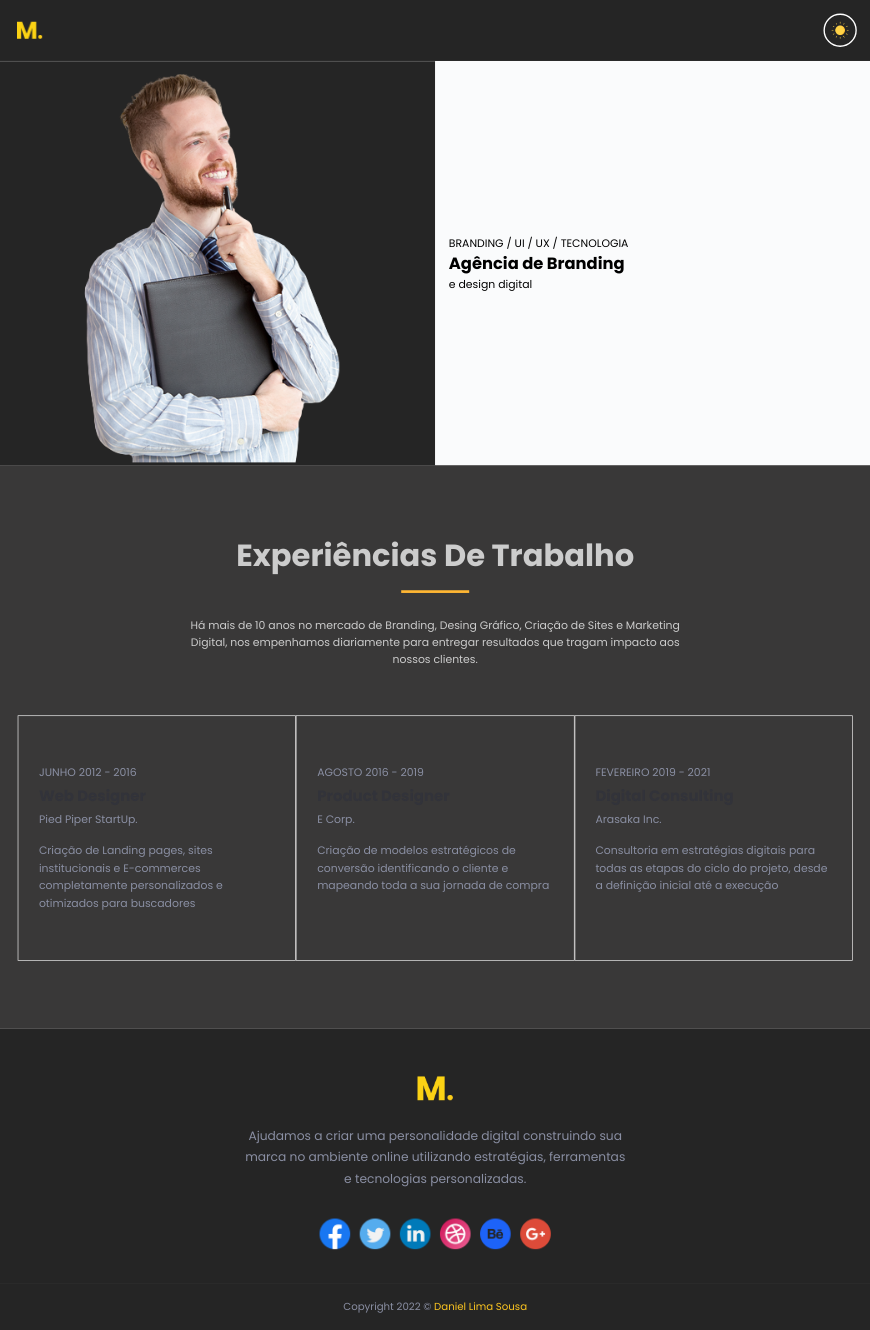
Repository: Daniells642/agencia-digital
Page: /, after clicking the first element matching `button.botao-modo-claro`
An editor plug-in stored every save of this project. The page is shown before and after the next save, followed by the edit.
The browser window is 1280 px wide. The pictures show the whole page, at 68% of full size.
The project was rebuilt for these pictures with package versions that can differ from the ones it lists, and the page was loaded fresh each time.

Above is the page before, as saved 2022-11-29 00:04:40.

### public/index.html
<!DOCTYPE html>
<html lang="pt-br">
  <head>
    <meta charset="utf-8" />
    <link rel="icon" href="assets/logo.png" />
    <meta name="viewport" content="width=device-width, initial-scale=1" />
    <meta name="theme-color" content="#000000" />
    <meta name="description"content="Web site created using create-react-app"/>
    <link rel="apple-touch-icon" href="%PUBLIC_URL%/logo192.png" />
    <link rel="manifest" href="%PUBLIC_URL%/manifest.json" />
    <link rel="preconnect" href="https://fonts.googleapis.com">
    <link rel="preconnect" href="https://fonts.gstatic.com" crossorigin>
    <link href="https://fonts.googleapis.com/css2?family=Poppins:wght@400;500;600;700;800;900&display=swap" rel="stylesheet">
    <title>Agência Digital</title>

  </head>
  <body>
    <noscript>You need to enable JavaScript to run this app.</noscript>
    <div id="root"></div>
    <!--
      This HTML file is a template.
      If you open it directly in the browser, you will see an empty page.

      You can add webfonts, meta tags, or analytics to this file.
      The build step will place the bundled scripts into the <body> tag.

      To begin the development, run `npm start` or `yarn start`.
      To create a production bundle, use `npm run build` or `yarn build`.
    -->
  </body>
</html>

### src/App.js
import Rodape from "./componentes/Rodape";
import SecaoExperienciaTrabalho from "./componentes/SecaoExperienciaTrabalho";
import Topo from "./componentes/Topo";
import SecaoBanner from "./componentes/SecaoBanner";
import "./App.css";
import React, { useState } from 'react';



function App() {

  const [ehTemaEscuro, setTemaEscuro] = useState(false)

  const alterarTema = () => {
    setTemaEscuro(!ehTemaEscuro)
  }

  return (
    <main>
      <Topo alterarTema={alterarTema} ehTemaEscuro={ehTemaEscuro} />
      <SecaoBanner alterarTema={alterarTema} ehTemaEscuro={ehTemaEscuro} />
      <SecaoExperienciaTrabalho alterarTema={alterarTema} ehTemaEscuro={ehTemaEscuro} />
      <Rodape alterarTema={alterarTema} ehTemaEscuro={ehTemaEscuro} />
    </main>
  );
}

export default App;

### src/componentes/Rodape/index.jsx
import './style.css';
import Logo from '../../assets/logo.png';
import iconeFacebook from '../../assets/facebook.png';
import iconeTwitter from '../../assets/twitter.png';
import iconeLinkedin from '../../assets/linkedin.png';
import iconeDribble from '../../assets/dribble.png';
import iconeBehance from '../../assets/behance.png';
import iconeGooglePlus from '../../assets/google-plus.png';

export default function Rodape(props) {
  return(
    <footer className={props.ehTemaEscuro ? 'rodape-modo-escuro' : 'rodape-modo-claro'}>
      <img src={Logo} alt="logomarca"/>
      <p className="paragrafo">
        Ajudamos a criar uma personalidade digital construindo sua marca no ambiente online utilizando estratégias,
        ferramentas e tecnologias personalizadas.
      </p>
      <div className="iconesRodape">
        <img src={iconeFacebook} alt="facebook"/>
        <img src={iconeTwitter} alt="twitter"/>
        <img src={iconeLinkedin} alt="linkedin"/>
        <img src={iconeDribble} alt="dribble"/>
        <img src={iconeBehance} alt="behance"/>
        <img src={iconeGooglePlus} alt="google plus"/>
      </div>
      <div className={props.ehTemaEscuro ? 'borda-rodape-escuro' : ''}>
        <p className="copyright">Copyright 2022 &copy; <span>Daniel Lima Sousa</span></p>
      </div>
    </footer>
  )
}

### src/componentes/SecaoExperienciaTrabalho/index.jsx
import Card from '../Card';
import './style.css';

export default function SecaoExperienciaTrabalho(props) {
    return (
      <section id='secao-experiencia' className={props.ehTemaEscuro ? 'secao-modo-escuro' : 'secao-modo-claro'}>

            <div id='container-texto' className={props.ehTemaEscuro ? 'texto-modo-escuro' : 'texto-modo-claro'}>
                <h1>Experiências De Trabalho</h1>
                <p> Há mais de 10 anos no mercado de Branding, Desing Gráfico, Criação de
                Sites e Marketing Digital, nos empenhamos diariamente para entregar
                resultados que tragam impacto aos nossos clientes.
                </p>
            </div>

            <div className="container-cards">
              <Card
                data="JUNHO 2012 - 2016"
                titulo="Web Designer"
                empresa="Pied Piper StartUp."
                paragrafo="Criação de Landing pages, sites institucionais e E-commerces completamente personalizados e otimizados para buscadores"
              />
              <Card
                data="AGOSTO 2016 - 2019"
                titulo="Product Designer"
                empresa="E Corp."
                paragrafo="Criação de modelos estratégicos de conversão identificando o cliente e mapeando toda a sua jornada de compra"
              />
              <Card
                data="FEVEREIRO 2019 - 2021"
                titulo="Digital Consulting"
                empresa="Arasaka Inc."
                paragrafo="Consultoria em estratégias digitais para todas as etapas do ciclo do projeto, desde a definição inicial até a execução"
              />
        </div>



      </section>
    );
  }

### src/componentes/Topo/index.jsx
import './style.css';
import Logo from '../../assets/logo.png';
import iconeSol from '../../assets/sun.png';
import iconeLua from '../../assets/moon.png';

export default function Topo(props) {
    return (
      <header className={props.ehTemaEscuro ? "topo-modo-escuro" : "topo-modo-claro"}>
            <img className="logo" src={Logo} alt="Logotipo"/>
            <button onClick={props.alterarTema} className={props.ehTemaEscuro ? 'botao-modo-escuro' : 'botao-modo-claro'}>
                <img className="btn-icone" src={props.ehTemaEscuro ? iconeSol : iconeLua} alt="ícone para alterar o tema"/>
            </button>
      </header>
    );
  }

### src/componentes/SecaoBanner/index.jsx
import './style.css';

export default function SecaoBanner(props) {
    return (
            <section id='secaoBanner'>

              <div id='imagemFundo' className={props.ehTemaEscuro ? 'fundo-modo-escuro' : 'fundo-modo-claro'}> </div>

              <div className="texto-secao-banner">
                  <p>BRANDING / UI / UX / TECNOLOGIA</p>
                  <h1>Agência de Branding</h1>
                  <span>e design digital</span>
              </div>

            </section>
    );
  }

### src/App.css
*{
  margin: 0;
  padding: 0;
  box-sizing: border-box;
  font-family: 'Poppins', sans-serif;
}

### src/componentes/Rodape/style.css
footer {
    display: flex;
    flex-direction: column;
    align-items: center;
    justify-content: center;
    padding-top: 70px;
  }
  .paragrafo {
    padding: 0px 20px;
    font-size: 18px;
    font-weight: 300;
    color: #8a8fa3;
    max-width: 600px;
    line-height: 32px;
    text-align: center;
    margin: 36px auto 42px;
  }
  .iconesRodape {
    display: flex;
    justify-content: space-around;
    width: 100%;
    max-width: 375px;
    padding: 0px 10px;
    margin-bottom: 50px;
  }
  .iconesRodape img {
    width: 45px;
    cursor: pointer;
  }
  .copyright {
    width: 100%;
    font-size: 15px;
    font-weight: 300;
    line-height: 28px;
    color: #8a8fa3;
    padding: 20px 0px;
    text-align: center;
  }

  .copyright span {
    color: #fcc520;
  }
  /*modo claro*/
  .rodape-modo-claro {
    background-color: #fff;
  }
  /*modo escuro*/
  .rodape-modo-escuro {
    background-color: #252525;
  }
  .borda-rodape-escuro {
    border-top: 1px solid #ffffff0d;
    width: 100%;
  }

### src/componentes/Card/index.jsx
import './style.css';

export default function Card(props) {
    return (
      <div id="card" className="card-modo-claro">
        <p className="primeiroParagrafo">{props.data}</p>
        <h4>{props.titulo}</h4>
        <p className="segundoParagrafo">{props.empresa}</p>
        <p>{props.paragrafo}</p>
    </div>
   );
  }

### src/componentes/SecaoExperienciaTrabalho/style.css
#secao-experiencia {
    display: flex;
    flex-direction: column;
    align-items: center;
    justify-content: center;
    padding: 100px 20px;
}



#container-texto {
    display: flex;
    flex-direction: column;
    text-align: center;
    align-items: center;

}

#container-texto h1 {
    position: relative;
    font-size: 45px;
    font-weight: 700;
    padding-bottom: 20px;
    margin-bottom: 35px;
}

#container-texto h1::before {
    position: absolute;
    content: "";
    bottom: 0;
    left: 0;
    right: 0;
    margin: 0 auto;
    width: 100px;
    height: 4px;
    background-color: #feb633;

}

#container-texto p {
    font-size: 16px;
    font-weight: 400;
    max-width: 770px;
    margin-bottom: 70px;
}



.container-cards {
    display: flex;
    justify-content: center;

}
@media screen and (max-width: 768px) {
    .container-cards {
      flex-direction: column;
    }
  }

/*modo claro*/
.secao-modo-claro {
	background-color: #f6f8fc;
}
.texto-modo-claro h1{
	color: #32333c;
}
.texto-modo-claro p {
	color: #8a8fa3;
}

/*modo escuro*/
.secao-modo-escuro {
	background-color: #393838;
}
.texto-modo-escuro h1{
    color: #CCCCCC;
}
.texto-modo-escuro p{
    color: #CCCCCC;
}

### src/componentes/Topo/style.css
header {
    width: 100%;
    padding: 20px;
    display: flex;
    align-items: center;
    justify-content: space-between;
    position: fixed;
    z-index: 1;
  }
.logo{
    max-height: 35px;
    padding: 5px;
}

button {
    display: flex;
    align-items: center;
    padding: 10px 10px;
    cursor: pointer;
  }
.btn-icone {
    width: 25px;
    height: 25px;
}

/*Modo claro*/
.topo-modo-claro {
    background-color: #fff;
}
.botao-modo-claro {
    display: flex;
    align-items: center;
    border: 2px solid #747272;
    border-radius: 25px;
    padding: 10px;
    cursor: pointer;
    background-color: #fff;
}

/*Modo escuro*/
.topo-modo-escuro {
    background-color: #252525;
    border-bottom: 1px solid #ffffff0d;
}
.botao-modo-escuro {
    background-color: #252525;
    border-radius: 25px;
    border: 2px solid #fff;
}

### src/componentes/SecaoBanner/style.css
#secaoBanner {
    height: 95vh;
    padding-top: 90px;
    display: flex;
    position: relative;
}

#imagemFundo {
    width: 50%;
    background-image: url('../../assets/banner.png');
    background-position: center;
    background-repeat: no-repeat;
    background-size: contain;
    object-fit: cover;
}

.texto-secao-banner {
    width: 50%;
    padding: 0px 20px;
    display: flex;
    flex-direction: column;
    justify-content: center;
    background-color: #fafbfc;
}

.secao-banner p {
    color: #022144;
    font-size: small;
}

.secao-banner h1 {
    color: #022144;
    font-weight: 200;
}

.secao-banner span {
    color: #022144;
    font-weight: 900;
}

@media screen and (max-width: 768px) {
    #imagemFundo {
      width: 0;
    }

    .texto-secao-banner{
      width: 100%;
    }
}

/*modo claro*/
.fundo-modo-claro{
    background-color: #fff;
}
/*modo escuro*/
.fundo-modo-escuro {
    background-color: #252525;
}

### src/componentes/Card/style.css
#card {
    width: 33%;
    padding: 70px 30px;
    display: flex;
    flex-direction: column;
    cursor: pointer;
  }

  #card:hover{
    background-color: #feb633;
    transition: all 1s;
  }

  #card h4 {
    font-size: 22px;
    margin-bottom: 5px;
  }

  #card p {
    font-size: 16px;
    font-weight: 400;
    line-height: 26px;
  }

  .card-modo-claro {
    border: 1px solid #edecec;
  }

  .card-modo-claro h4 {
    color: #32333a;
  }

  .card-modo-claro p {
    color: #8a8fa3;
  }

  .primeiroParagrafo {
    margin-bottom: 5px;
  }

  .segundoParagrafo {
    margin-bottom: 20px;
  }

  @media screen and (max-width: 768px) {
    #card {
      width: auto;
    }
  }

/*modo escuro*/
  .card-modo-escuro {
    border: 1px solid #ffffff0d;
  }

  .card-modo-escuro h4{
    color: #ffffff;
  }

  .card-modo-escuro p {
    color: #9F9F9F;
  }

Loaded but not shown: src/index.js (common file)

After the next save:
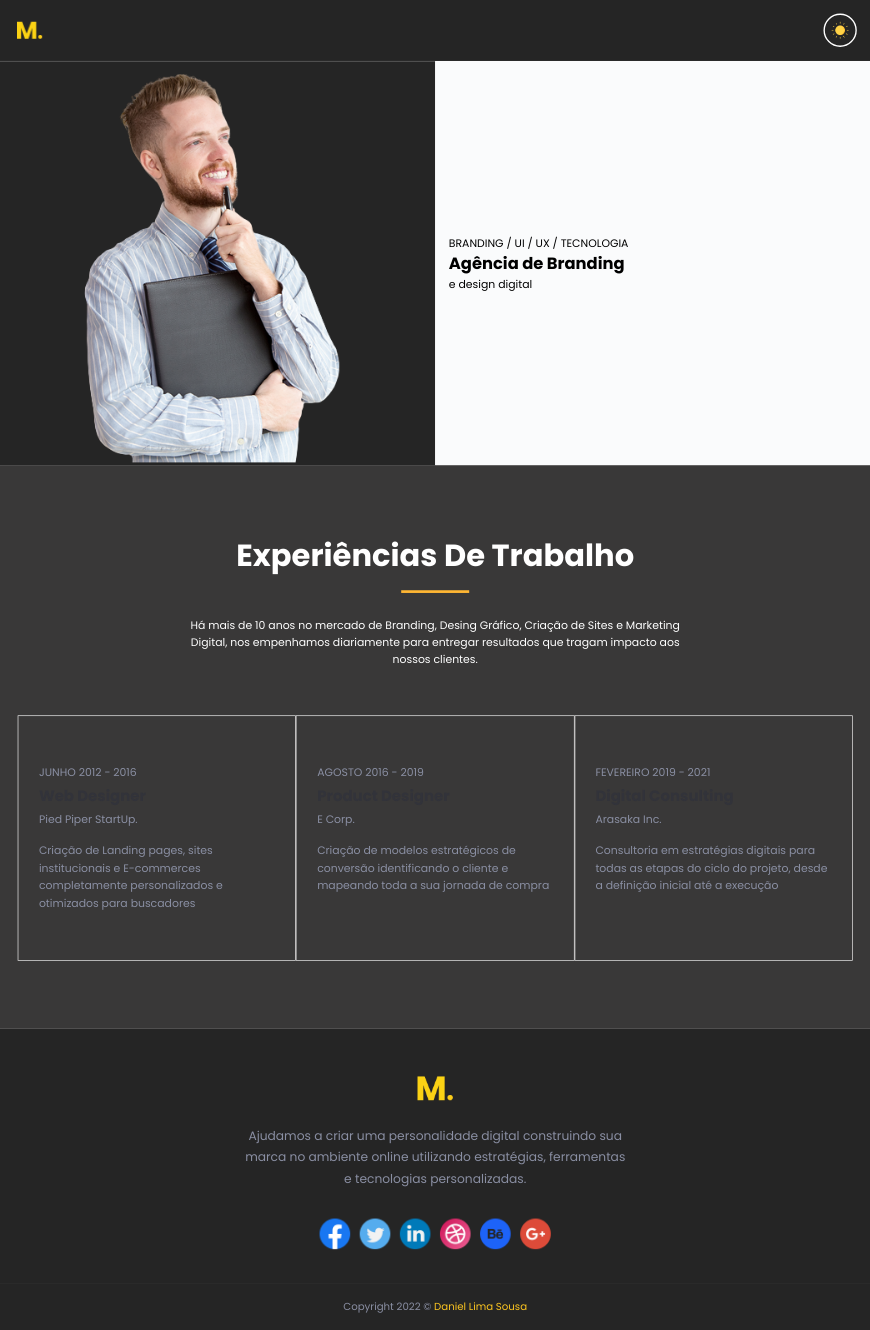
Saved 3 days later.
--- a/src/componentes/SecaoExperienciaTrabalho/style.css
+++ b/src/componentes/SecaoExperienciaTrabalho/style.css
@@ -73,8 +73,8 @@
 	background-color: #393838;
 }
 .texto-modo-escuro h1{
-    color: #CCCCCC;
+    color: #fff;
 }
 .texto-modo-escuro p{
-    color: #CCCCCC;
+    color: #fff;
 }
